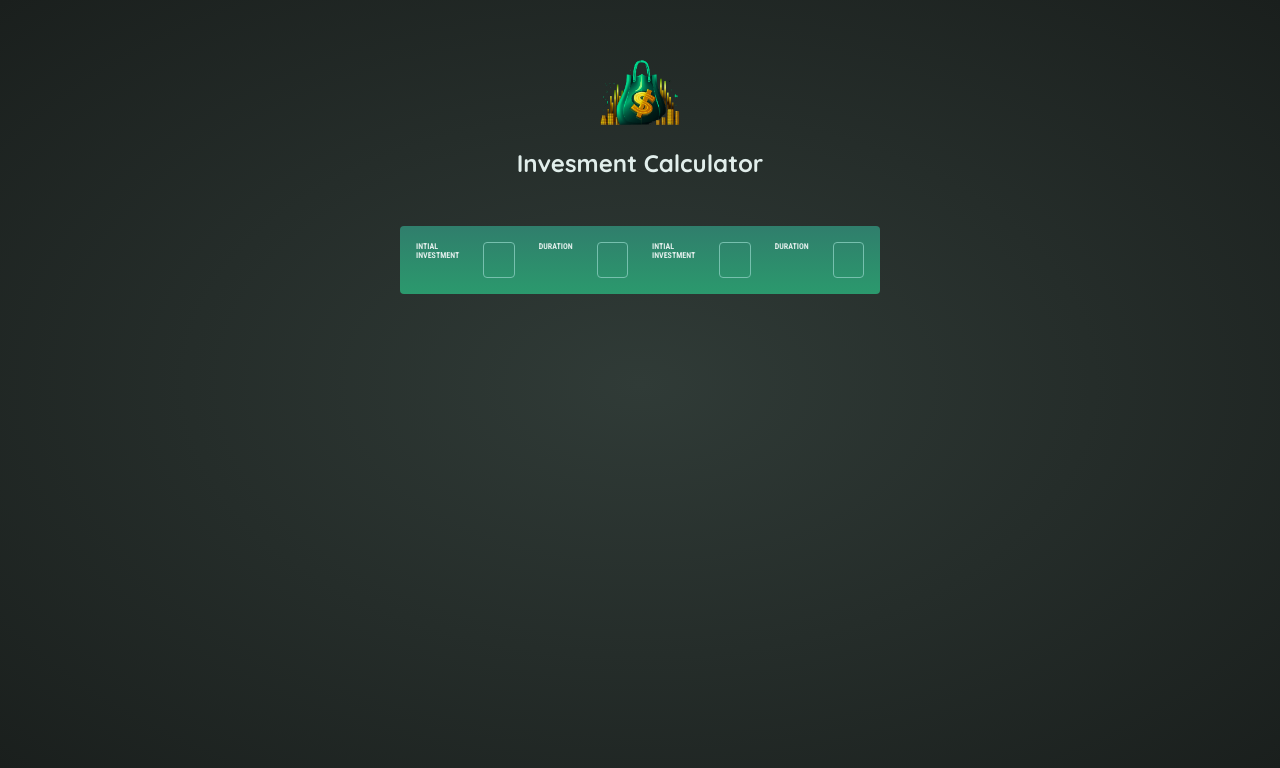
Repository: sibi24sibi/investment-calculator
Page: /
These files come from the project's save history. The page is drawn as it stood at one moment and after the next save; the edit follows.
The browser window is 1280 px wide. The pictures show the whole page.
The project was rebuilt for these pictures with package versions that can differ from the ones it lists, and the page was loaded fresh each time. Also part of the build but not shown: vite.config.js.

Above is the page before, as saved 2024-05-26 10:05:47.

### src/App.jsx
import logo from './assets/investment-calculator-logo.png'
import Inputs from './components/Inputs'
function App() {
  return (
    <>
    <div id="header">
      <img src={logo} alt="" srcset="" />
      <h1>Invesment Calculator</h1>
    </div>
    <Inputs />
    </>
  )
}

export default App

### src/components/Inputs.jsx
export default function Input() {
    return (
        <section id='user-input'>
            <div className="input-group">
                <label htmlFor="">Intial investment</label>
                <input type="number" name="initialInvestment" id="initialInvestment" />
                <label htmlFor="">Duration</label>
                <input type="number" name="Duration" id="Duration" />
                <label htmlFor="">Intial investment</label>
                <input type="number" name="initialInvestment" id="initialInvestment" />
                <label htmlFor="">Duration</label>
                <input type="number" name="Duration" id="Duration" />
            </div>

        </section>
    )
}

Loaded but not shown: index.html (common file); src/index.jsx (common file); src/index.css (common file)

After the next save:
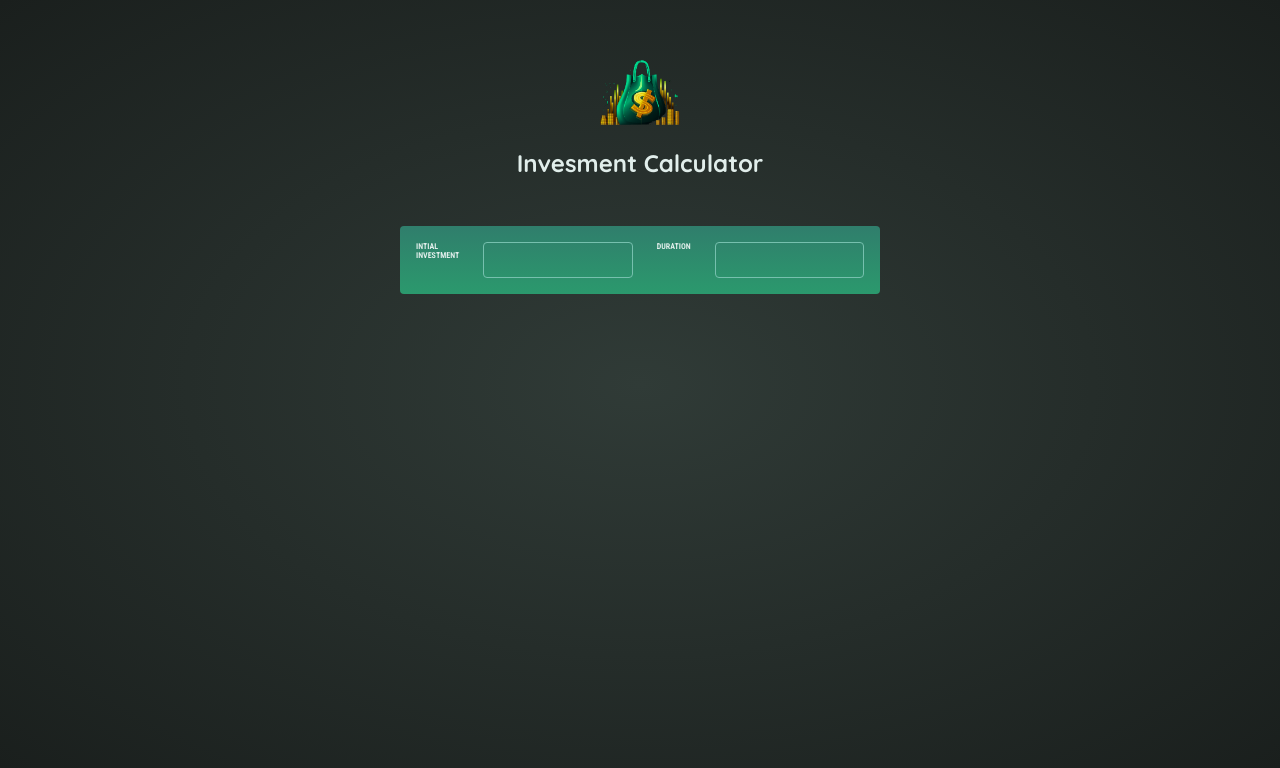
Saved 8 s later.
--- a/src/components/Inputs.jsx
+++ b/src/components/Inputs.jsx
@@ -6,12 +6,7 @@ export default function Input() {
                 <input type="number" name="initialInvestment" id="initialInvestment" />
                 <label htmlFor="">Duration</label>
                 <input type="number" name="Duration" id="Duration" />
-                <label htmlFor="">Intial investment</label>
-                <input type="number" name="initialInvestment" id="initialInvestment" />
-                <label htmlFor="">Duration</label>
-                <input type="number" name="Duration" id="Duration" />
             </div>
-
         </section>
     )
 }
